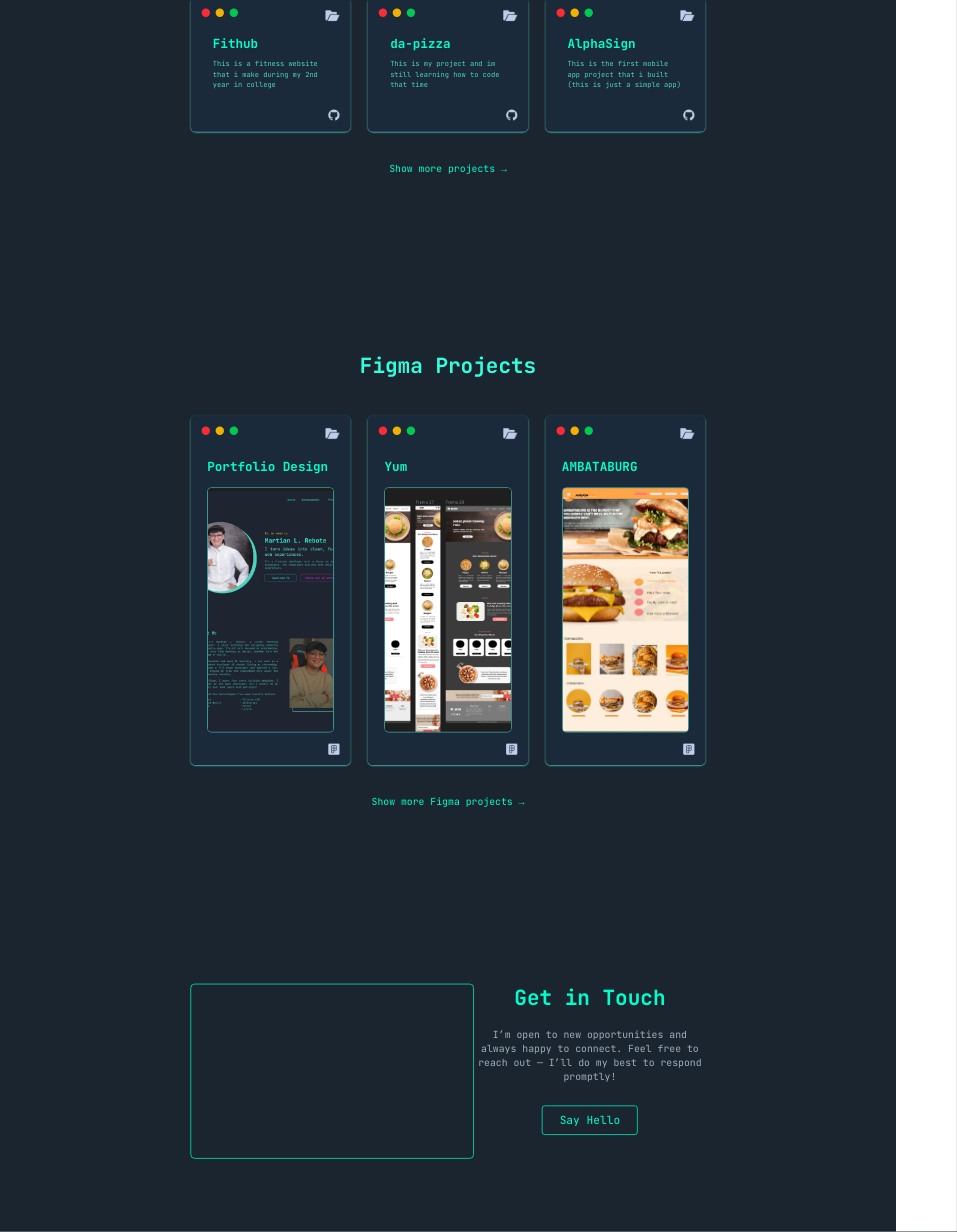
Repository: m4rsu-code/Portfolio
Page: / (app in my-portfolio/)
These files come from the project's save history. The page is drawn as it stood at one moment and after the next save; the edit follows.
The browser window is 1280 px wide. The page is 1367 px wide, so the pictures cover 1367 px, including what lies to the right of the window. The pictures show the part of the page from y = 3195 to 4955 px (the page is 4955 px tall), at 70% of full size.
The project was rebuilt for these pictures with package versions that can differ from the ones it lists, and the page was loaded fresh each time. Also part of the build but not shown: my-portfolio/vite.config.js, my-portfolio/src/assets/components/Modal/AchievementModal.jsx, my-portfolio/src/AchievementsPage.jsx, my-portfolio/src/ProjectPage.jsx, my-portfolio/src/FigmaProjectsPage.jsx.

Above is the page before, as saved 2025-08-04 18:18:58.

### my-portfolio/src/main.jsx
import { StrictMode } from "react";
import { createRoot } from "react-dom/client";
import { BrowserRouter as Router, Routes, Route } from "react-router-dom";
import "./assets/CSS/index.css";
import App from "./App.jsx";
import AchievementsPage from "./AchievementsPage.jsx";
import ProjectPage from "./ProjectPage.jsx";
import FigmaProjectsPage from "./FigmaProjectsPage.jsx";
import ScrollToTop from "./assets/components/ScrollToTop.jsx";

createRoot(document.getElementById("root")).render(
  <StrictMode>
    <Router>
      <ScrollToTop />
      <Routes>
        <Route path="/" element={<App />} />
        <Route path="/achievements" element={<AchievementsPage />} />
        <Route path="/projects" element={<ProjectPage />} />
        <Route path="/figma-projects" element={<FigmaProjectsPage />} />
      </Routes>
    </Router>
  </StrictMode>
);

### my-portfolio/src/assets/CSS/index.css
@import "tailwindcss";

@layer base {
  .font-jetbrains-mono {
    font-family: 'JetBrains Mono', monospace;
  }
}

### my-portfolio/src/App.jsx
import { useState } from 'react';
import { Link } from 'react-router-dom';
import Navbar from './assets/components/Navbar';
import AchievementModal from './assets/components/Modal/AchievementModal';
import './assets/CSS/animation.css';
import { achievements, projects, figmaProjects } from './assets/components/data';
import ScrollToTopButton from './assets/components/ScrollToTopButton';

function App() {
  const [isModalOpen, setIsModalOpen] = useState(false);
  const [selectedAchievement, setSelectedAchievement] = useState(null);

  const openModal = (achievement) => {
    setSelectedAchievement(achievement);
    setIsModalOpen(true);
  };

  const closeModal = () => {
    setIsModalOpen(false);
    setSelectedAchievement(null);
  };

  return (
    <div className='min-h-screen bg-[#1A252F]'>
      <Navbar />
      <ScrollToTopButton />
      <div className='w-full px-60 py-10'>
        {/* Introduction Section */}
        <div className="flex flex-col items-center justify-center mt-30">
          <div className="flex flex-col md:flex-row items-center justify-center gap-35 px-8 py-16">
            {/* Image with Glowing Effect */}
            <div className="relative">
              <div className="rounded-full border-[2px] border-[#00FFCC] overflow-hidden w-[500px] h-[500px] animate-glow">
                <img
                  src="/Images/me.png"
                  alt="Martian L. Rebote"
                  className="object-cover w-full h-full"
                />
              </div>
            </div>

            {/* Text Content */}
            <div className="text-center md:text-left font-jetbrains-mono">
              <div className='w-full md:w-[750px]'>
                <p className="text-[#FFEA00] text-[18px]">Hi, my name is</p>
                <h1 className="text-[#00FFCC] text-[45px] font-bold mt-2">Martian L. Rebote</h1>
                <p className="text-base text-[30px] font-bold text-[#57CDB9] mt-4">
                  I turn ideas into clean, functional web experiences.
                </p>
                <p className="mt-4 text-[#4CD2BC] leading-relaxed text-[18px]">
                  I’m a frontend developer with a focus on building fast, accessible, and responsive websites that deliver great user experiences.
                </p>
              </div>

              <div className="mt-6 flex flex-col sm:flex-row items-center gap-4">
                <a href="/Martian_Rebote_CV.pdf" className="border border-[#00FFCC] px-5 py-2 rounded-md text-[#00FFCC] hover:bg-[#00FFCC] hover:text-black transition-colors">
                  Download CV
                </a>
                <a href="#projects" className="border border-[#FF38E5] px-5 py-2 rounded-md text-[#FF38E5] hover:bg-[#FF38E5] hover:text-black transition-colors">
                  Check out my work!
                </a>
              </div>
            </div>
          </div>
        </div>

        {/* About Me Section */}
        <div id="about" className="flex flex-col mt-30">
          <div className='flex flex-col md:flex-row items-center justify-between gap-10 px-8 py-16'>
            <div className='w-full md:w-[800px] text-left font-jetbrains-mono'>
              <h2 className='text-[#31FFDD] text-[30px] font-bold mb-7'>About Me</h2>
              <div className='w-full md:w-[900px] text-justify px-5'>
                <p className='text-[#4CD2BC] text-[18px] mt-4'>
                  Hi, I’m Martian L. Rebote, a junior frontend developer. I enjoy building and designing websites and mobile apps. I’m not only focused on programming, but I also like working on design, whether it’s for the web or mobile.
                </p>
                <p className='text-[#4CD2BC] text-[18px] mt-4'>
                  I’m flexible and open to learning. I can work as a full-stack developer if needed. During my internship, I became a full-stack developer and learned a lot, which helped me grow and understand more about the programming industry.
                </p>
                <p className='text-[#4CD2BC] text-[18px] mt-4'>
                  Some of the technologies I’ve used recently include:
                </p>

                <div className='flex flex-col sm:flex-row gap-10 mt-4'>
                  <ul className='text-[#4CD2BC] text-[18px] mt-2 list-disc pl-5'>
                    <li>React</li>
                    <li>React-Native</li>
                    <li>HTML</li>
                    <li>CSS</li>
                  </ul>
                  <ul className='text-[#4CD2BC] text-[18px] mt-2 list-disc pl-5'>
                    <li>Tailwind CSS</li>
                    <li>JavaScript</li>
                    <li>Python</li>
                    <li>Laravel</li>
                  </ul>
                </div>
              </div>
            </div>

            <div className="relative image-container w-[380px] h-[450px] group cursor-pointer">
              <div className="absolute left-5 w-full h-full border-3 border-[#00FFCC] rounded-[10px] uneven-box z-0 transition-transform duration-300 ease-in-out"></div>
              <div className="relative z-10 rounded-[10px] overflow-hidden w-full h-full transition-transform duration-300 ease-in-out group-hover:translate-x-[-10px] group-hover:translate-y-[-10px]">
                <img
                  src="/Images/me2.jpg"
                  alt="Martian L. Rebote"
                  className="object-cover w-full h-full"
                />
              </div>
            </div>
          </div>
        </div>

        {/* Achievements Section */}
        <div id="achievements" className="flex flex-col mt-30 px-8 py-16 font-jetbrains-mono">
          <h2 className="text-[#31FFDD] text-[30px] font-bold mb-12">Notable Achievements</h2>

          {/* Cards Grid - Limited to first 2 achievements */}
          <div>
            {/* First Row */}
            <div className="grid md:grid-cols-2 gap-10">
              {/* Left card (code-like box with image) */}
              <div className="bg-[#1B2A3A] rounded-lg p-4 flex flex-col h-96">
                <div className="flex gap-2 mb-4">
                  <div className="w-3 h-3 bg-red-500 rounded-full"></div>
                  <div className="w-3 h-3 bg-yellow-500 rounded-full"></div>
                  <div className="w-3 h-3 bg-green-500 rounded-full"></div>
                </div>
                <div
                  className="border border-[#4CD2BC] rounded-md flex-grow overflow-hidden group cursor-pointer"
                  onClick={() => openModal(achievements[0])}
                >
                  <img
                    src={achievements[0].image}
                    alt="Achievement Image"
                    className="w-full h-full object-cover transition-transform duration-300 ease-in-out group-hover:scale-110"
                  />
                </div>
              </div>

              {/* Right card (trophy + achievement with text) */}
              <div className="flex flex-col h-64">
                <p className="text-[#31FFDD] text-sm mb-2">Featured Achievement</p>
                <h3 className="text-[#31FFDD] text-lg font-bold flex items-center gap-2">
                  🏆 {achievements[0].title}
                </h3>
                <div className="border border-[#4CD2BC] rounded-md flex-grow mt-4 p-4 text-[#4CD2BC] text-sm overflow-auto">
                  {achievements[0].description}
                </div>
                <p className="text-[#4CD2BC] text-sm mt-2">Date: {achievements[0].date}</p>
              </div>
            </div>

            {/* Second Row */}
            <div className="grid md:grid-cols-2 gap-10 mt-10">
              {/* Left card (trophy + achievement with text) */}
              <div className="flex flex-col h-64">
                <p className="text-[#31FFDD] text-sm mb-2">Featured Achievement</p>
                <h3 className="text-[#31FFDD] text-lg font-bold flex items-center gap-2">
                  🏆 {achievements[1].title}
                </h3>
                <div className="border border-[#4CD2BC] rounded-md flex-grow mt-4 p-4 text-[#4CD2BC] text-sm overflow-auto">
                  {achievements[1].description}
                </div>
                <p className="text-[#4CD2BC] text-sm mt-2">Date: {achievements[1].date}</p>
              </div>

              {/* Right card (code-like box with image) */}
              <div className="bg-[#1B2A3A] rounded-lg p-4 flex flex-col h-96">
                <div className="flex gap-2 mb-4">
                  <div className="w-3 h-3 bg-red-500 rounded-full"></div>
                  <div className="w-3 h-3 bg-yellow-500 rounded-full"></div>
                  <div className="w-3 h-3 bg-green-500 rounded-full"></div>
                </div>
                <div
                  className="border border-[#4CD2BC] rounded-md flex-grow overflow-hidden group cursor-pointer"
                  onClick={() => openModal(achievements[1])}
                >
                  <img
                    src={achievements[1].image}
                    alt="Achievement Image"
                    className="w-full h-full object-cover transition-transform duration-300 ease-in-out group-hover:scale-110"
                  />
                </div>
              </div>
            </div>
          </div>

          {/* Show more link */}
          <div className="text-center mt-10">
            <Link
                to="/achievements"
                state={{ achievements }}
                className="text-[#31FFDD] text-sm hover:underline"
              >
                Show more achievements →
              </Link>
          </div>
        </div>

        {/* Project Section */}
        <div id='projects' className="flex flex-col mt-30 px-8 py-16 font-jetbrains-mono">
          <h2 className="text-[#31FFDD] text-[30px] text-center font-bold mb-12">Featured Projects</h2>
          <div className="grid grid-cols-1 sm:grid-cols-2 lg:grid-cols-3 gap-6">
            {projects.slice(0, 6).map((project) => (
              <div
                key={project.id}
                className="bg-[#1B2A3A] rounded-lg p-4 flex flex-col h-48 relative group shadow-xs shadow-[#4CD2BC] cursor-pointer transform transition-transform duration-300 ease-in-out hover:-translate-y-2"
              >
                <div className="flex gap-2">
                  <div className="w-3 h-3 bg-red-500 rounded-full"></div>
                  <div className="w-3 h-3 bg-yellow-500 rounded-full"></div>
                  <div className="w-3 h-3 bg-green-500 rounded-full"></div>
                  <div className="justify-end ml-auto">
                    <img src="/Images/open-folder.png" alt="Folder Icon" className="w-5 h-5" />
                  </div>
                </div>
                <div className="text-left rounded-md flex-grow p-4">
                  <h3 className="text-[#00FFCC] text-[18px] font-bold mb-2">{project.title}</h3>
                  <p className="text-[#4CD2BC] text-[10px]">{project.description}</p>
                </div>
                <div className="flex justify-end gap-2">
                  {project.githubLink ? (
                    <a href={project.githubLink} target="_blank" rel="noopener noreferrer" aria-label={`View ${project.title} on GitHub`}>
                      <img
                        src="/Images/github.png"
                        alt="GitHub Icon"
                        className="w-4 h-4 hover:invert hover:brightness-0 hover:sepia hover:saturate-[100%]"
                      />
                    </a>
                  ) : (
                    <img
                      src="/Images/github.png"
                      alt="GitHub Icon"
                      className="w-4 h-4 hover:invert hover:brightness-0 hover:sepia hover:saturate-[100%]"
                    />
                  )}
                  {project.title === 'Portfolio' && project.link && (
                    <a href={project.link} target="_blank" rel="noopener noreferrer" aria-label="View Portfolio Website">
                      <img
                        src="/Images/link.png"
                        alt="Link Icon"
                        className="w-4 h-4 hover:invert hover:brightness-0 hover:sepia hover:saturate-[100%]"
                      />
                    </a>
                  )}
                </div>
              </div>
            ))}
          </div>

          {projects.length > 6 && (
            <div className="text-center mt-10">
              <Link
                to="/projects"
                state={{ projects }}
                className="text-[#00FFCC] text-sm hover:underline"
              >
                Show more projects →
              </Link>
            </div>
          )}
        </div>

        {/* Figma Projects Section */}
        <div className="flex flex-col mt-30 px-8 py-16 font-jetbrains-mono">
          <h2 className="text-[#31FFDD] text-[30px] text-center font-bold mb-12">Figma Projects</h2>
          <div className="grid grid-cols-1 sm:grid-cols-2 lg:grid-cols-3 gap-6">
            {figmaProjects.slice(0, 3).map((project) => (
              <div
                key={project.id}
                className="bg-[#1B2A3A] rounded-lg p-4 flex flex-col h-[500px] relative group shadow-xs shadow-[#4CD2BC] cursor-pointer transform transition-transform duration-300 ease-in-out hover:-translate-y-2"
              >
                {/* Header with window controls and folder icon */}
                <div className="flex gap-2 mb-4">
                  <div className="w-3 h-3 bg-red-500 rounded-full"></div>
                  <div className="w-3 h-3 bg-yellow-500 rounded-full"></div>
                  <div className="w-3 h-3 bg-green-500 rounded-full"></div>
                  <div className="justify-end ml-auto">
                    <img src="/Images/open-folder.png" alt="Folder Icon" className="w-5 h-5" />
                  </div>
                </div>

                {/* Project Title */}
                <div className="flex items-start justify-start p-2">
                  <h3 className="text-[#00FFCC] text-[18px] font-bold">{project.title}</h3>
                </div>

                {/* Image with Border and No Overlap */}
                <div className="flex-grow flex items-center justify-center p-2">
                  <div className="border border-[#4CD2BC] rounded-md w-full h-[350px] overflow-hidden ">
                    <img
                      src={project.image}
                      alt={`${project.title} Image`}
                      className="w-full h-full object-cover"
                      onError={(e) => (e.target.src = '/Images/fallback.png')}
                      loading="lazy"
                    />
                  </div>
                </div>

                {/* Figma Link */}
                <div className="flex justify-end gap-2 mt-2">
                  {project.figmaLink && (
                    <a
                      href={project.figmaLink}
                      target="_blank"
                      rel="noopener noreferrer"
                      aria-label={`View ${project.title} on Figma`}
                    >
                      <img
                        src="/Images/figma.png"
                        alt="Figma Icon"
                        className="w-4 h-4 hover:invert hover:brightness-0 hover:sepia hover:saturate-[100%]"
                      />
                    </a>
                  )}
                </div>
              </div>
            ))}
          </div>
          {figmaProjects.length > 3 && (
            <div className="text-center mt-10">
              <Link
                to="/figma-projects"
                state={{ figmaProjects }}
                className="text-[#00FFCC] text-sm hover:underline"
              >
                Show more Figma projects →
              </Link>
            </div>
          )}
        </div>

        {/* Contact section */}
        <div className="flex flex-col mt-30 px-8 py-16 font-jetbrains-mono">
          <div className="flex  items-center justify-center w-full">

            {/* Left side — the outlined box */}
            <div className="border border-[#00FFCC] md:w-[900px] md:h-[250px] rounded-md"></div>

            {/* Right side — text, button, and icons */}
            <div className="w-full text-center ">
              <h2 className="text-[#00FFCC] text-2xl md:text-3xl font-bold mb-6">Get in Touch</h2>
              <p className="text-[#A0AEC0] text-sm  mb-8">
                I’m open to new opportunities and always happy to connect. Feel free to reach out — I’ll do my best to respond promptly!
              </p>
              <button className="border border-[#00FFCC] text-[#00FFCC] px-6 py-2 rounded hover:bg-[#00FFCC] hover:text-[#131A26] transition duration-300 mb-8">
                Say Hello
              </button>

              {/* Social icons */}
              <div className="flex items-center justify-center md:justify-start gap-4 text-[#A0AEC0]">
                <a href="#" className="hover:text-[#00FFCC]">
                  <i className="fab fa-facebook text-2xl"></i>
                </a>
                <a href="#" className="hover:text-[#00FFCC]">
                  <i className="fab fa-instagram text-2xl"></i>
                </a>
                <a href="#" className="hover:text-[#00FFCC]">
                  <i className="fab fa-x-twitter text-2xl"></i>
                </a>
                <a href="#" className="hover:text-[#00FFCC]">
                  <i className="fab fa-linkedin text-2xl"></i>
                </a>
              </div>
            </div>
          </div>
        </div>


        {/* Modal */}
        {isModalOpen && selectedAchievement && (
          <AchievementModal
            image={selectedAchievement.image}
            title={selectedAchievement.title}
            description={selectedAchievement.description}
            date={selectedAchievement.date}
            onClose={closeModal}
          />
        )}
      </div>
    </div>
  );
}

export default App;

### my-portfolio/src/assets/components/ScrollToTop.jsx
import { useEffect } from 'react';
import { useLocation } from 'react-router-dom';

const ScrollToTop = () => {
  const { pathname } = useLocation();

  useEffect(() => {
    // Scrolls to the top of the window on pathname change
    window.scrollTo(0, 0);
  }, [pathname]);

  return null;
};

export default ScrollToTop;

### my-portfolio/src/assets/components/Navbar.jsx
import React from 'react';
import '../CSS/Navbar.css'; // Import the CSS for styling

function Navbar() {
  return (
    <nav className="w-full px-10 py-4 flex justify-between items-center fixed top-0 left-0 z-50 bg-transparent backdrop-blur-md font-jetbrains-mono">
      {/* Logo on the left */}
      <a href="/" className='text-3xl font-bold text-[#FF38E5] cursor-pointer'>m4rsu</a>
      {/* Navigation links on the right */}
      <div className='flex gap-10 text-base'>
        <a href='#about' className='text-[#31FFDD] text-[15px] font-light nav-link'>About</a>
        <a href='#achievements' className='text-[#31FFDD] text-[15px] font-light nav-link'>Achievements</a>
        <a href='#projects' className='text-[#31FFDD] text-[15px] font-light nav-link'>Projects</a>
        <a href='#contact' className='text-[#31FFDD] text-[15px] font-light nav-link'>Contact</a>
      </div>
    </nav>
  );
}

export default Navbar;

### my-portfolio/src/assets/CSS/animation.css
@keyframes glow {
  0% {
    box-shadow: 0 0 5px #00FFCC, 0 0 10px #00FFCC, 0 0 15px #00FFCC, 0 0 20px #00FFCC;
  }
  50% {
    box-shadow: 0 0 10px #00FFCC, 0 0 20px #00FFCC, 0 0 30px #00FFCC, 0 0 40px #00FFCC;
  }
  100% {
    box-shadow: 0 0 5px #00FFCC, 0 0 10px #00FFCC, 0 0 15px #00FFCC, 0 0 20px #00FFCC;
  }
}

@keyframes glow {
  0% {
    box-shadow: 0 0 5px #00FFCC, 0 0 10px #00FFCC;
  }
  50% {
    box-shadow: 0 0 15px #00FFCC, 0 0 25px #00FFCC;
  }
  100% {
    box-shadow: 0 0 5px #00FFCC, 0 0 10px #00FFCC;
  }
}

.animate-glow {
  animation: glow 2s ease-in-out infinite;
}

.uneven-box {
  transform: translateY(20px); /* move it downward initially */

  transition: transform 0.3s ease-in-out;
}

.image-container:hover .uneven-box {
  transform: translateY(30px); /* move it further down on hover */
}

### my-portfolio/src/assets/CSS/Navbar.css
.nav-link {
  position: relative;
  text-decoration: none;
}

.nav-link::after {
  content: '';
  position: absolute;
  width: 100%;
  height: 2px;
  bottom: -2px;
  left: 0;
  background-color: #31FFDD;
  transform: scaleX(0);
  transform-origin: bottom right;
  transition: transform 0.3s ease-in-out;
}

.nav-link:hover::after {
  transform: scaleX(1);
  transform-origin: bottom left;
}

Loaded but not shown: my-portfolio/index.html (common file); my-portfolio/src/assets/components/data.jsx (105 lines, source omitted); my-portfolio/src/assets/components/ScrollToTopButton.jsx (68 lines, source omitted)

After the next save:
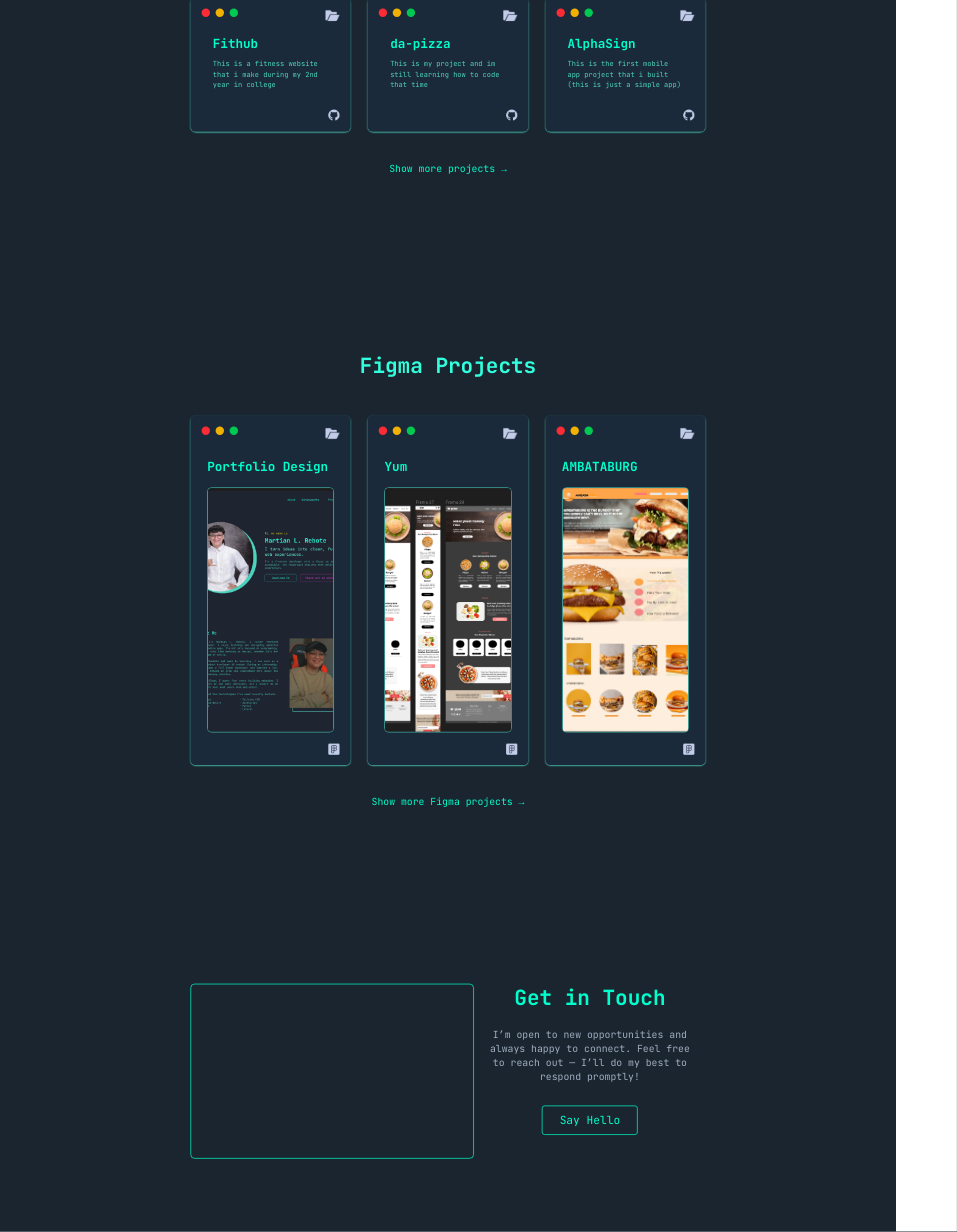
Saved 4 s later.
--- a/my-portfolio/src/App.jsx
+++ b/my-portfolio/src/App.jsx
@@ -341,7 +341,7 @@ function App() {
             {/* Right side — text, button, and icons */}
             <div className="w-full text-center ">
               <h2 className="text-[#00FFCC] text-2xl md:text-3xl font-bold mb-6">Get in Touch</h2>
-              <p className="text-[#A0AEC0] text-sm  mb-8">
+              <p className="text-[#A0AEC0] text-sm  mb-8 px-4">
                 I’m open to new opportunities and always happy to connect. Feel free to reach out — I’ll do my best to respond promptly!
               </p>
               <button className="border border-[#00FFCC] text-[#00FFCC] px-6 py-2 rounded hover:bg-[#00FFCC] hover:text-[#131A26] transition duration-300 mb-8">
